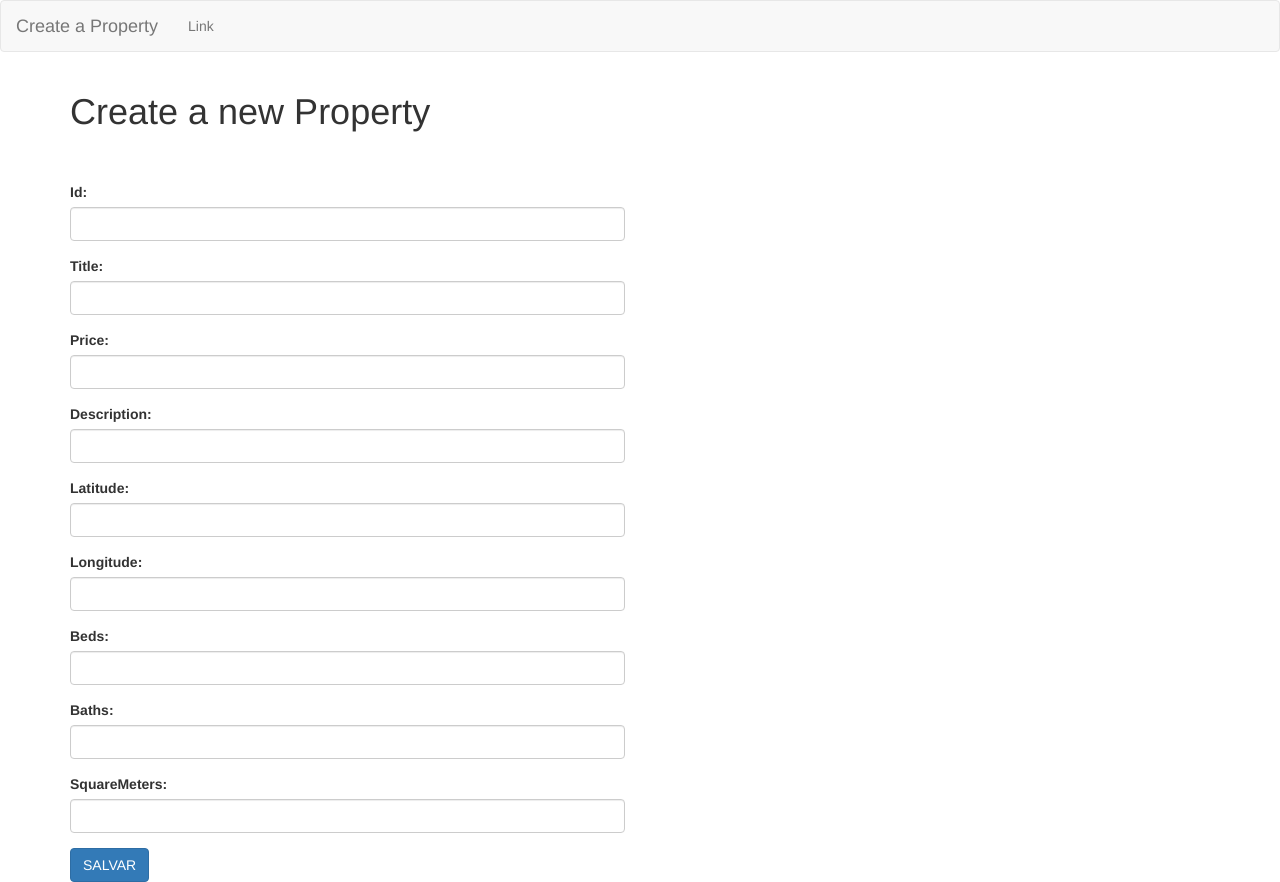
Repository: djoysilva/vivaRealChallenge
Page: http://localhost/vivaReal2.0/createProperty.jsp
These files come from the project's save history. The page is drawn as it stood at one moment and after the next save; the edit follows.
The browser window is 1280 px wide. The pictures show the whole page.
The page is served by Tomcat 9.

Above is the page before, as saved 2016-11-02 23:22:28.

After the next save:
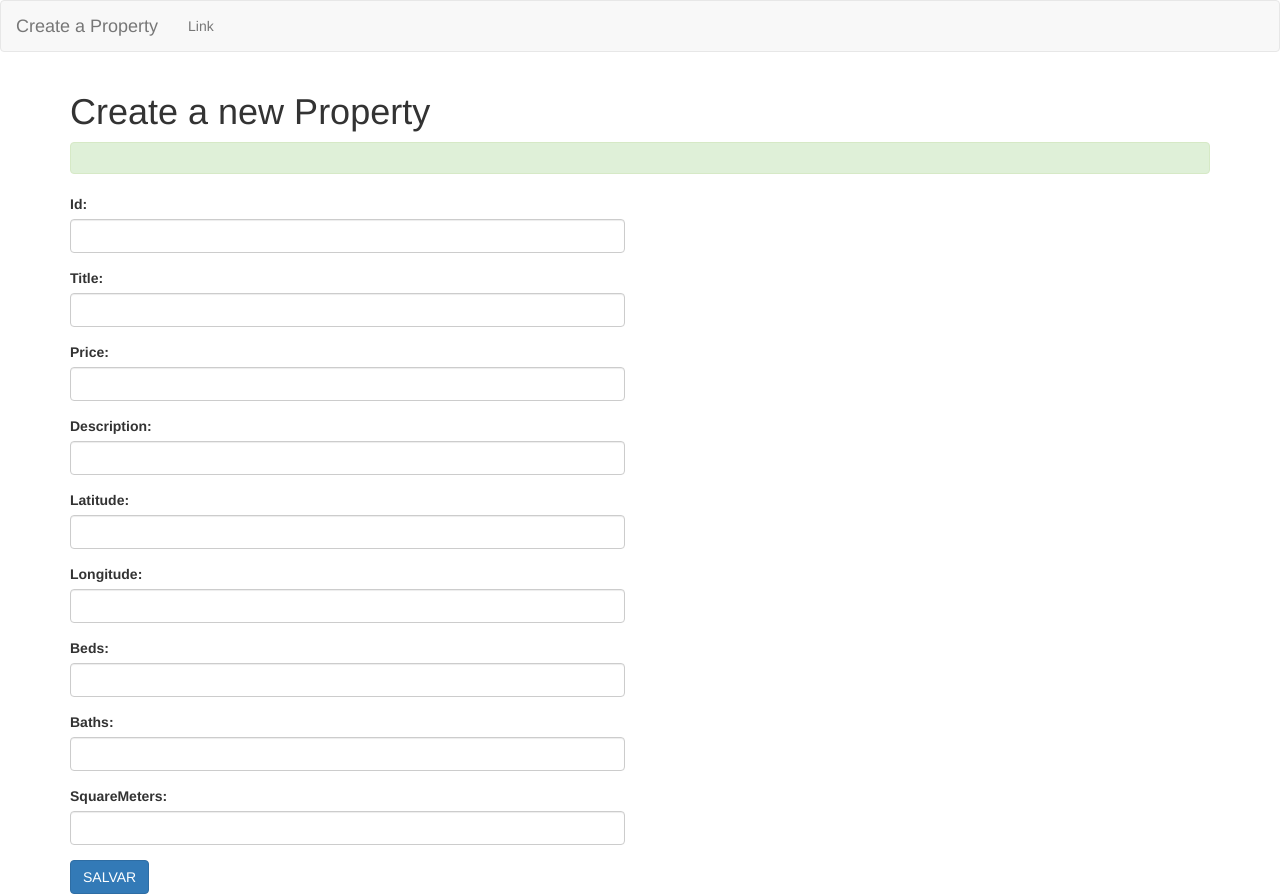
Saved 66 s later.
--- a/VivaRealWorkSpace/vivaReal2.0/WebContent/createProperty.jsp
+++ b/VivaRealWorkSpace/vivaReal2.0/WebContent/createProperty.jsp
@@ -11,9 +11,11 @@
 	<%@ include file = "menu.jsp" %>
 	<div class = "container">
 		<h1>Create a new Property</h1>
-		<br>
-		${success}
-		<br>
+
+		<div class = "alert alert-success">
+			${success}
+		</div>
+
 		<div class = "row">
 			<div class = "col-md-6">
 				<form action="propertyServlet" method="post">
